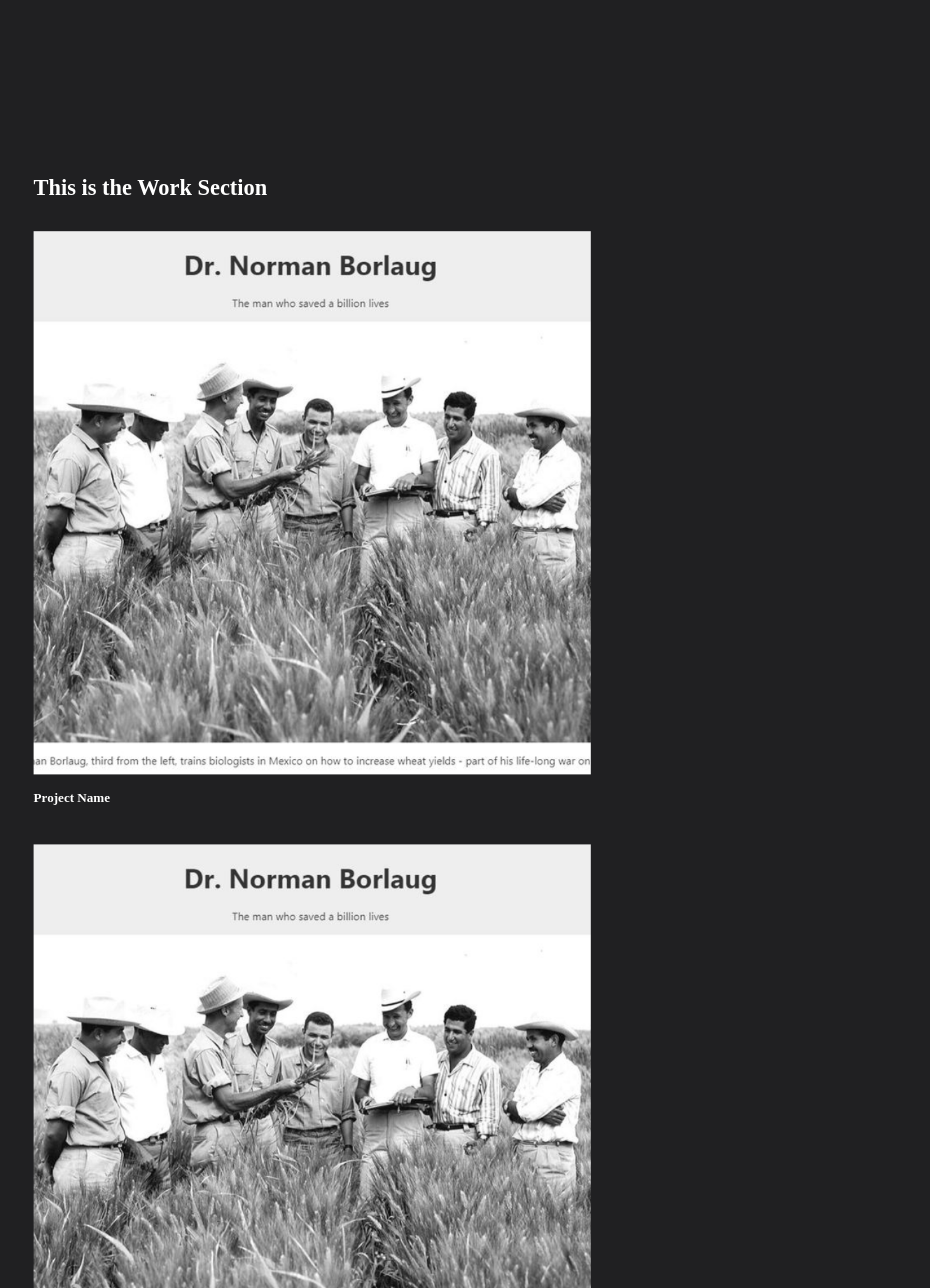
Repository: justicebhekani88/microverse_portfolio_project
Page: index.html
An editor plug-in stored every save of this project. The page is shown before and after the next save, followed by the edit.
The browser window is 1280 px wide. The page is 1328 px wide, so the pictures cover 1328 px, including what lies to the right of the window. The pictures show the part of the page from y = 846 to 2686 px (the page is 3850 px tall before and 3840 px after), at 70% of full size.

Above is the page before, as saved 2022-07-21 15:16:52.

After the next save:
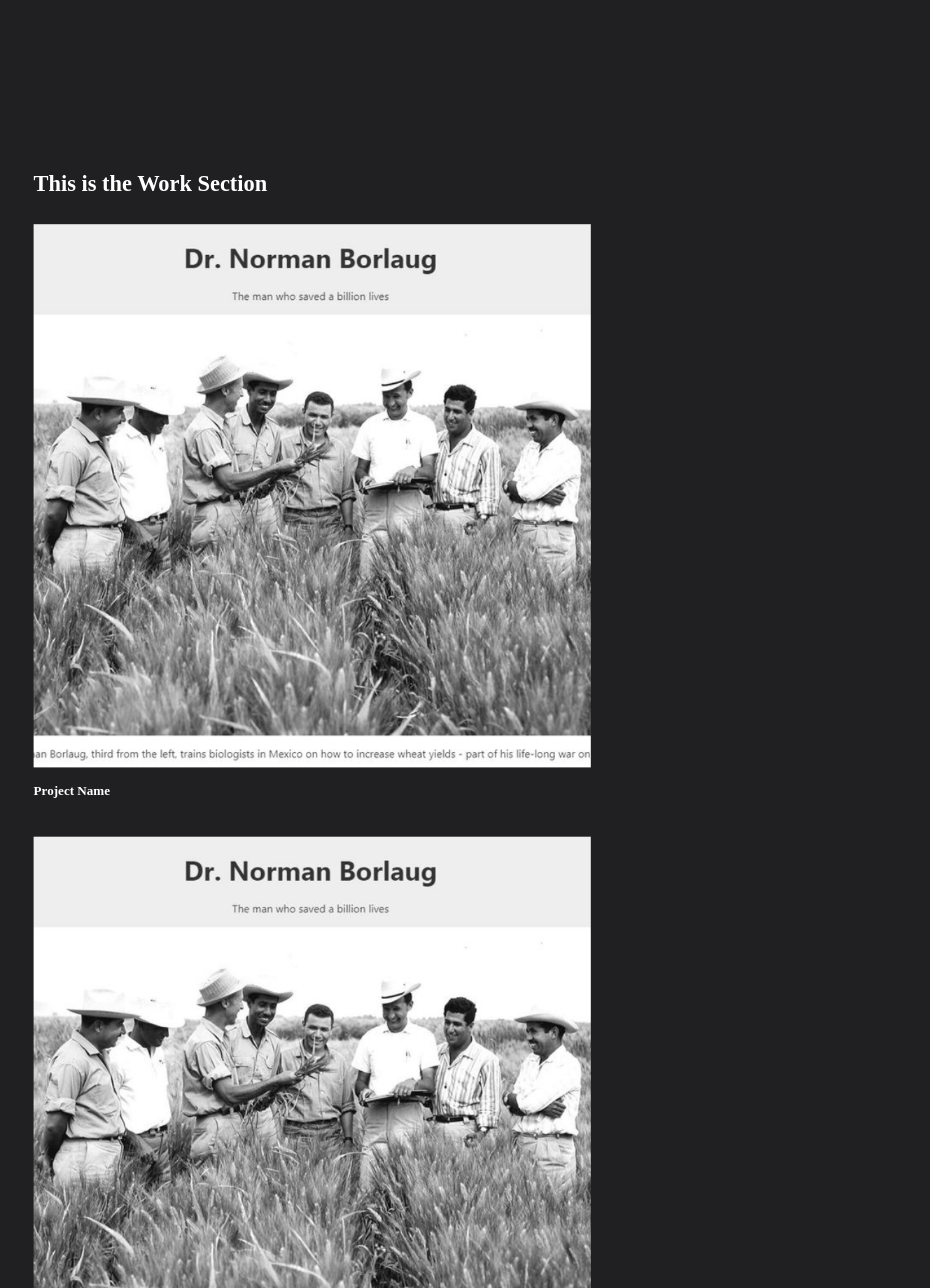
Saved 29 s later.
--- a/index.html
+++ b/index.html
@@ -24,8 +24,8 @@
                 <h2>We are developers</h2>
             </div>
         </section>
+        <h1>This is the Work Section</h1>
         <section id="projects">
-            <h1>This is the Work Section</h1>
             <div class="project-tile">
                 <a href="">
                     <div>
